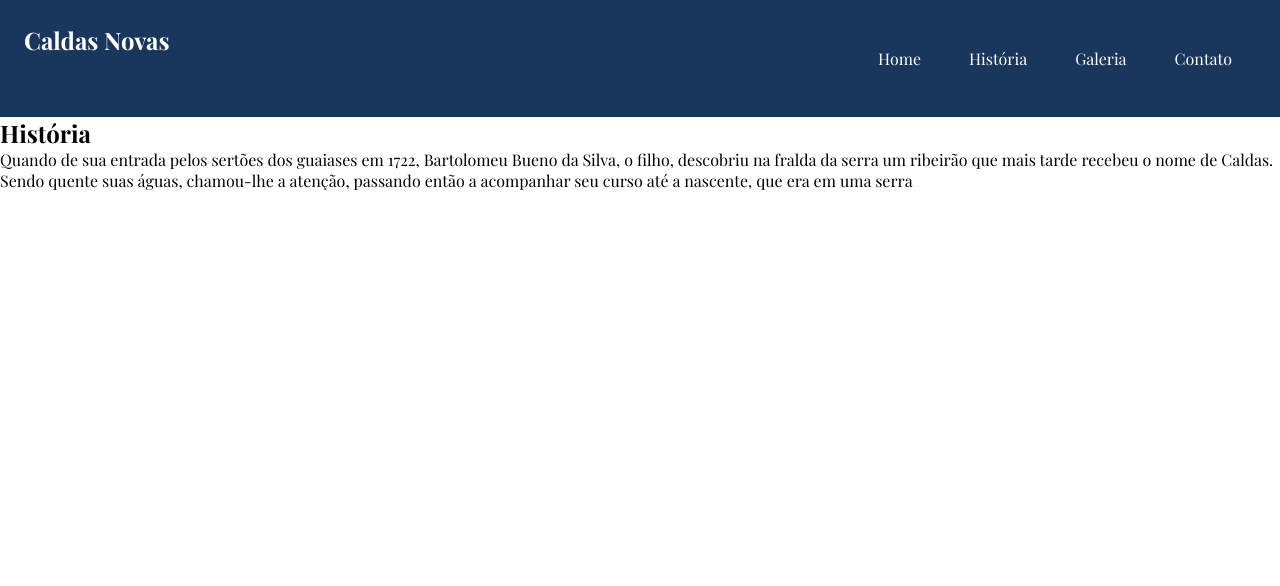
Repository: AbiezerSidonioJoseOdanacaJunior/DesafioLocalTuristico
Page: index.html
The author's editor kept a copy of each file at every save. The page is drawn from the files as they stood at one save, then again after the next save.
The browser window is 1280 px wide. The pictures show the whole page.
Some web fonts or font styles are not loaded; a fallback is used.

Above is the page before, as saved 2024-11-11 15:17:16.

### index.html
<!DOCTYPE html>
<html lang="pt-br">
<head>
    <link rel="preconnect" href="https://fonts.googleapis.com">
    <link rel="preconnect" href="https://fonts.gstatic.com" crossorigin>
    <meta charset="UTF-8">
    <meta name="viewport" content="width=device-width, initial-scale=1.0">
    <title>Caldas Novas</title>
    <link rel="stylesheet" href="./css/style.css">
    <link href="https://fonts.googleapis.com/css2?family=Alice&family=Playfair+Display:ital,wght@0,400..900;1,400..900&display=swap" rel="stylesheet">
</head>
<body>
    <div id="page">
        <nav>
            <!-- <img src="./img/clds.png" alt="logo Caldas novas"> -->
             <h1>Caldas Novas</h1>
            <ul>
                <li><a href="#home">Home</a></li>
                <li><a href="#history">História</a></li>
                <li><a href="#gallery">Galeria</a></li>
                <li><a href="#contact">Contato</a></li>
            </ul>
        </nav>
        <main>
            <section id="history">
                <h1>História</h1>
                <p>
                    Quando de sua entrada pelos sertões dos guaiases em 1722, Bartolomeu Bueno da Silva, o filho, descobriu na fralda da serra um ribeirão que mais tarde recebeu o nome de Caldas. Sendo quente suas águas, chamou-lhe a atenção, passando então a acompanhar seu curso até a nascente, que era em uma serra
                </p>
            </section>
        </main>
    </div>

</body>
</html>

### css/style.css
* {
    padding: 0;
    margin: 0;
}
body{
    font-family: "Playfair Display", serif;
}

nav {
    display: flex;
    background-color: #19375c;
}

nav img {
    width: 116px;
    height: 92px;
}

nav h1{
    color:#fff;
    padding: 24px;
}

ul{
    display: flex;
    padding: 24px;
    margin-left: auto;
}

ul li {
    padding: 24px;
    list-style: none;
}

ul li a {
    text-decoration: none;
    color: #fff;

}

After the next save:
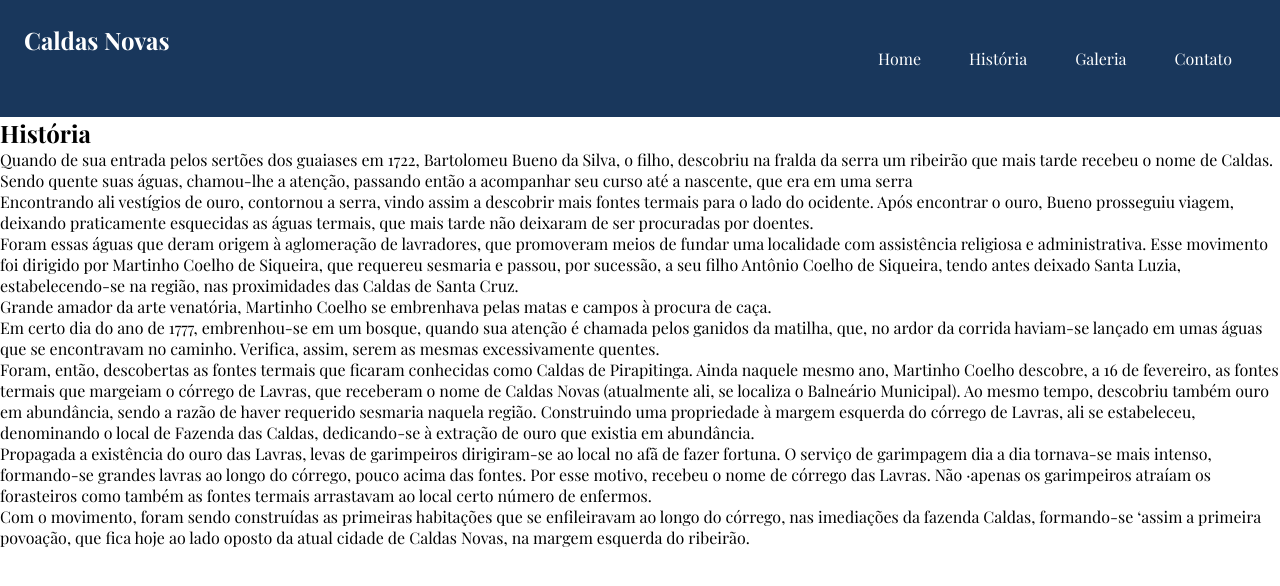
Saved 3 min 8 s later.
--- a/index.html
+++ b/index.html
@@ -24,9 +24,14 @@
         <main>
             <section id="history">
                 <h1>História</h1>
-                <p>
-                    Quando de sua entrada pelos sertões dos guaiases em 1722, Bartolomeu Bueno da Silva, o filho, descobriu na fralda da serra um ribeirão que mais tarde recebeu o nome de Caldas. Sendo quente suas águas, chamou-lhe a atenção, passando então a acompanhar seu curso até a nascente, que era em uma serra
-                </p>
+                <p>Quando de sua entrada pelos sertões dos guaiases em 1722, Bartolomeu Bueno da Silva, o filho, descobriu na fralda da serra um ribeirão que mais tarde recebeu o nome de Caldas. Sendo quente suas águas, chamou-lhe a atenção, passando então a acompanhar seu curso até a nascente, que era em uma serra</p>
+                <p>Encontrando ali vestígios de ouro, contornou a serra, vindo assim a descobrir mais fontes termais para o lado do ocidente. Após encontrar o ouro, Bueno prosseguiu viagem, deixando praticamente esquecidas as águas termais, que mais tarde não deixaram de ser procuradas por doentes.</p>
+                <p>Foram essas águas que deram origem à aglomeração de lavradores, que promoveram meios de fundar uma localidade com assistência religiosa e administrativa. Esse movimento foi dirigido por Martinho Coelho de Siqueira, que requereu sesmaria e passou, por sucessão, a seu filho Antônio Coelho de Siqueira, tendo antes deixado Santa Luzia, estabelecendo-se na região, nas proximidades das Caldas de Santa Cruz.</p>
+                <p>Grande amador da arte venatória, Martinho Coelho se embrenhava pelas matas e campos à procura de caça.</p>
+                <p>Em certo dia do ano de 1777, embrenhou-se em um bosque, quando sua atenção é chamada pelos ganidos da matilha, que, no ardor da corrida haviam-se lançado em umas águas que se encontravam no caminho. Verifica, assim, serem as mesmas excessivamente quentes.</p>
+                <p>Foram, então, descobertas as fontes termais que ficaram conhecidas como Caldas de Pirapitinga. Ainda naquele mesmo ano, Martinho Coelho descobre, a 16 de fevereiro, as fontes termais que margeiam o córrego de Lavras, que receberam o nome de Caldas Novas (atualmente ali, se localiza o Balneário Municipal). Ao mesmo tempo, descobriu também ouro em abundância, sendo a razão de haver requerido sesmaria naquela região. Construindo uma propriedade à margem esquerda do córrego de Lavras, ali se estabeleceu, denominando o local de Fazenda das Caldas, dedicando-se à extração de ouro que existia em abundância.</p>
+                <p>Propagada a existência do ouro das Lavras, levas de garimpeiros dirigiram-se ao local no afã de fazer fortuna. O serviço de garimpagem dia a dia tornava-se mais intenso, formando-se grandes lavras ao longo do córrego, pouco acima das fontes. Por esse motivo, recebeu o nome de córrego das Lavras. Não ·apenas os garimpeiros atraíam os forasteiros como também as fontes termais arrastavam ao local certo número de enfermos.</p>
+                <p>Com o movimento, foram sendo construídas as primeiras habitações que se enfileiravam ao longo do córrego, nas imediações da fazenda Caldas, formando-se ‘assim a primeira povoação, que fica hoje ao lado oposto da atual cidade de Caldas Novas, na margem esquerda do ribeirão.</p>
             </section>
         </main>
     </div>
